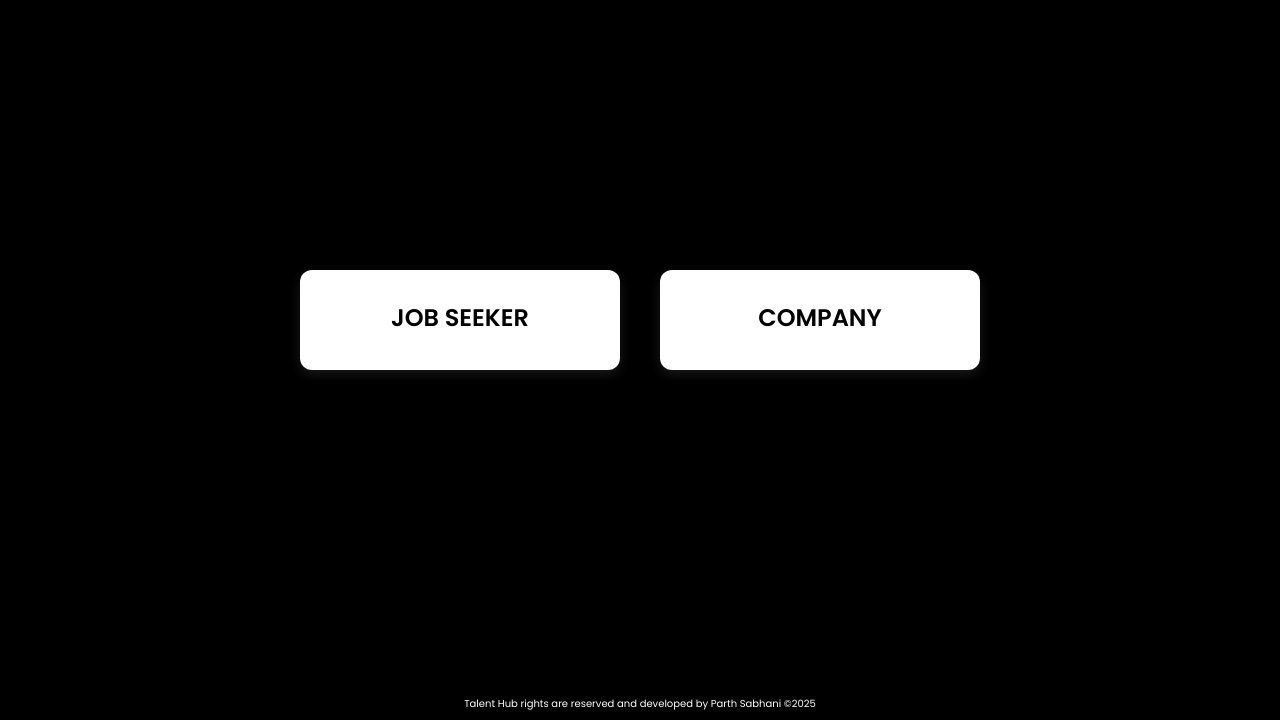
Repository: parthsabhani/Job_Portal_JSP_Servlet
Page: http://localhost/Job_Portal/home.jsp
These files come from the project's save history. The page is drawn as it stood at one moment and after the next save; the edit follows.
The browser window is 1280 px wide. The pictures show the whole page.
The page is served by Tomcat 10. Other server files are loaded and not shown.

Above is the page before, as saved 2025-04-22 07:39:50.

### Job_Portal/src/main/webapp/home.jsp
<%@ page language="java" contentType="text/html; charset=UTF-8"
    pageEncoding="UTF-8"%>
<!DOCTYPE html>
<html lang="en">
<head>
  <meta charset="UTF-8" />
  <meta name="viewport" content="width=device-width, initial-scale=1.0"/>
  <title>Talent Hub</title>

  <!-- Import Poppins font -->
  <link href="https://fonts.googleapis.com/css2?family=Poppins:wght@400;600&display=swap" rel="stylesheet">

  <style>
    body {
      margin: 0;
      height: 100vh;
      background-color: #000;
      display: flex;
      flex-direction: column;
      justify-content: center;
      align-items: center;
      font-family: 'Poppins', sans-serif;
    }

    .card-container {
      display: flex;
      gap: 40px;
      margin-bottom: 80px; /* space for footer */
    }

    .card {
      background-color: #fff;
      color: black;
      padding: 30px 50px;
      border-radius: 12px;
      box-shadow: 0 4px 12px rgba(255, 255, 255, 0.1);
      text-align: center;
      font-size: 24px;
      transition: transform 0.9s ease, box-shadow 0.4s ease;
      cursor: pointer;
      display: flex;
      flex-direction: column;
      align-items: center;
      justify-content: flex-start;
      height: 40px;
      width: 220px;
      overflow: hidden;
      position: relative;
    }

    .card:hover {
      height: 150px;
      transform: translateY(-5px);
      box-shadow: 0 6px 18px rgba(255, 255, 255, 0.5);
    }

    .card-title {
      font-weight: 600;
      margin-bottom: 20px;
      transition: margin-bottom 0.3s ease;
    }

    .card-buttons {
      opacity: 0;
      transform: translateY(20px);
      transition: opacity 0.3s ease, transform 0.3s ease;
      display: flex;
      flex-direction: column;
      gap: 10px;
    }

    .card:hover .card-buttons {
      opacity: 1;
      transform: translateY(0);
    }

    .card button {
      width: 140px;
      padding: 10px 0;
      font-size: 14px;
      border: none;
      border-radius: 6px;
      background-color: #000;
      color: white;
      transition: background-color 0.3s ease;
      box-sizing: border-box;
      font-family: 'Poppins', sans-serif;
    }

    .card button:hover {
      background-color: #333;
    }

    footer {
      position: fixed;
      bottom: 0;
      width: 100%;
      padding: 8px 0;
      color: white;
      text-align: center;
      font-size: 10px;
      font-family: 'Poppins', sans-serif;
    }
  </style>
</head>
<body>
  <div class="card-container">
    <div class="card">
      <div class="card-title">JOB SEEKER</div>
      <div class="card-buttons">
        <a href="registration.jsp">
    		<button type="button">Registration</button>
		</a>

		<a href="registration.jsp">
    		<button type="button">Login</button>
		</a>
      </div>
    </div>
    <div class="card">
      <div class="card-title">COMPANY</div>
      <div class="card-buttons">
        <button onclick="location.href='registration.jsp'">Registration</button>
        <button onclick="location.href='registration.jsp'">Login</button>
      </div>
    </div>
  </div>

  <footer>
    Talent Hub rights are reserved and developed by Parth Sabhani ©2025
  </footer>
</body>
</html>

After the next save:
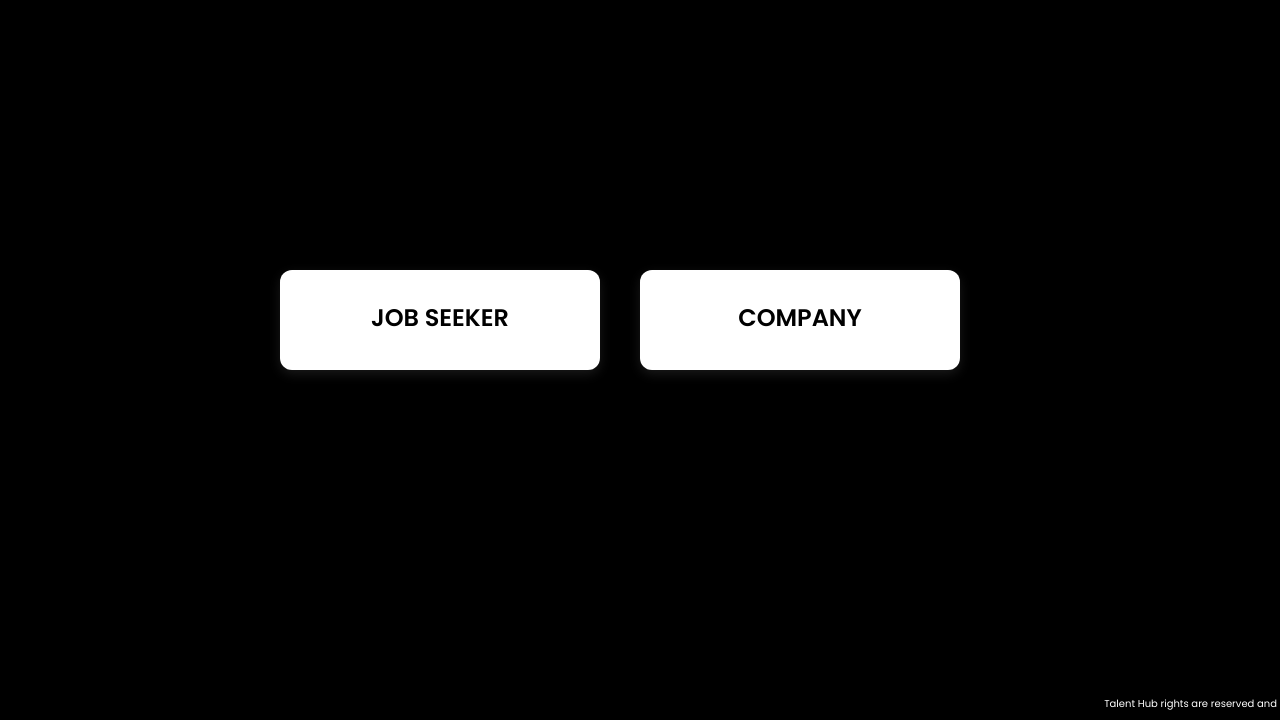
Saved 15 s later.
--- a/Job_Portal/src/main/webapp/home.jsp
+++ b/Job_Portal/src/main/webapp/home.jsp
@@ -120,6 +120,7 @@
     <div class="card">
       <div class="card-title">COMPANY</div>
       <div class="card-buttons">
+      <a href="registration.jsp">
         <button onclick="location.href='registration.jsp'">Registration</button>
         <button onclick="location.href='registration.jsp'">Login</button>
       </div>

After the save that followed:
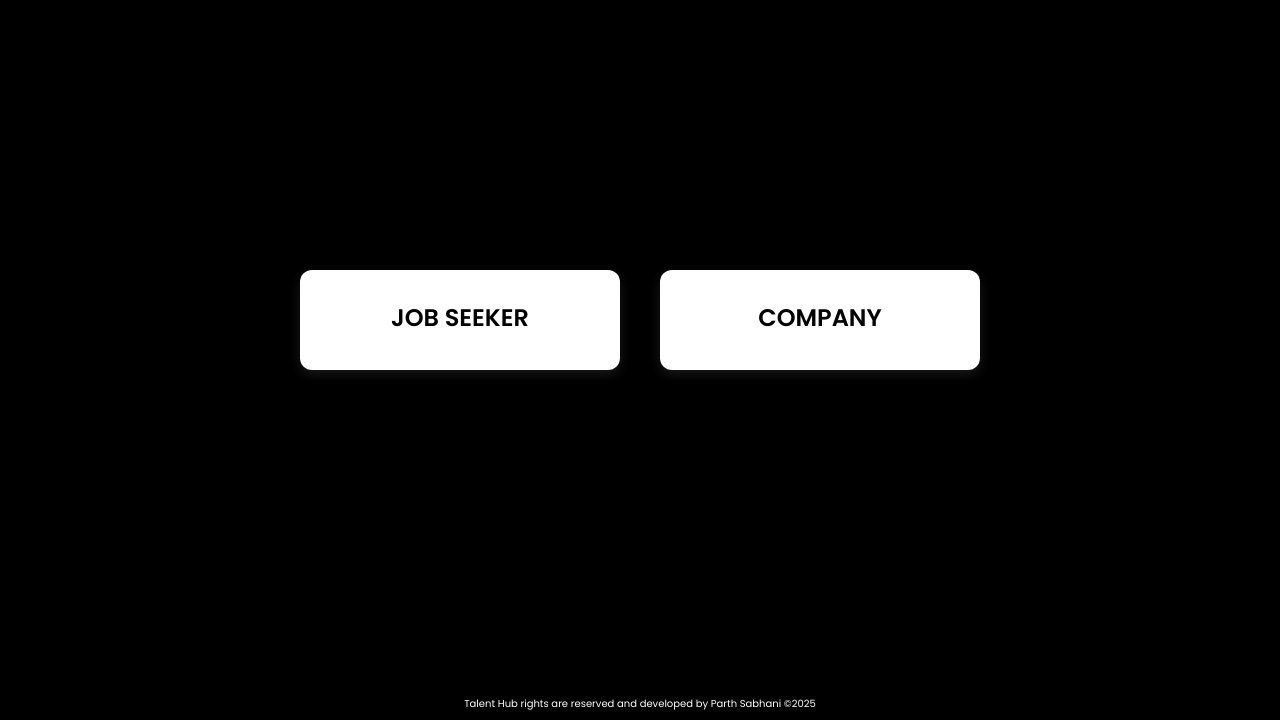
Saved 22 s later.
--- a/Job_Portal/src/main/webapp/home.jsp
+++ b/Job_Portal/src/main/webapp/home.jsp
@@ -122,7 +122,10 @@
       <div class="card-buttons">
       <a href="registration.jsp">
         <button onclick="location.href='registration.jsp'">Registration</button>
+      </a>
+      <a href="registration.jsp">
         <button onclick="location.href='registration.jsp'">Login</button>
+        </a>
       </div>
     </div>
   </div>
